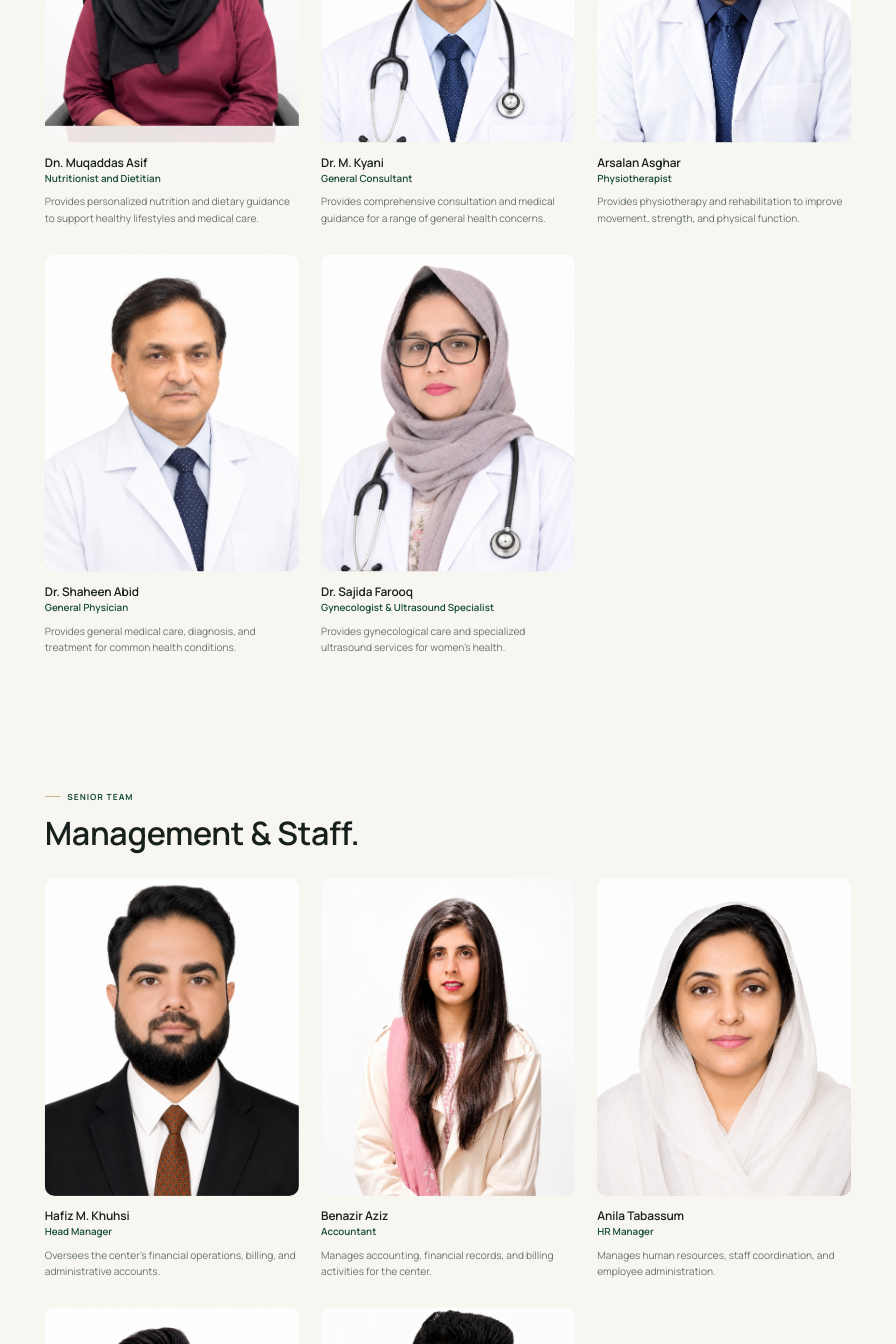
Repository: mraeesaziz45/al-farah
Page: team.html
An editor plug-in stored every save of this project. The page is shown before and after the next save, followed by the edit.
The browser window is 1280 px wide. The pictures show the part of the page from y = 2448 to 4368 px (the page is 5874 px tall before and 5906 px after), at 70% of full size.

Above is the page before, as saved 2026-09-28 17:59:12.

### team.html
<!DOCTYPE html>
<html lang="en">
<head>
<meta charset="UTF-8">
<meta name="viewport" content="width=device-width, initial-scale=1.0">
<title>Team — Al-Farah Medical Center</title>
<meta name="description" content="Meet the physicians and staff of Al-Farah Medical Center, led by our Founder and Director.">
<meta property="og:title" content="Team — Al-Farah Medical Center">
<meta property="og:description" content="The people behind the care.">
<meta property="og:type" content="website">
<link rel="preconnect" href="https://fonts.googleapis.com">
<link rel="preconnect" href="https://fonts.gstatic.com" crossorigin>
<link href="https://fonts.googleapis.com/css2?family=Manrope:wght@400;500;600;700&family=DM+Serif+Display:ital@0;1&display=swap" rel="stylesheet">
<link rel="stylesheet" href="css/style.css">
</head>
<body>
<a href="#main" class="skip-link">Skip to content</a>

<header class="site-header">
  <div class="container header-inner">
    <a href="index.html" class="logo-link">
      <img src="assets/logo/logo-placeholder.svg" alt="Al-Farah Medical Center" width="180" height="52">
    </a>
    <nav class="main-nav" aria-label="Primary">
      <a href="index.html">Home</a>
      <a href="services.html">Services</a>
      <a href="team.html" aria-current="page">Team</a>
      <a href="about.html">About</a>
      <a href="contact.html">Contact</a>
    </nav>
    <div class="header-actions">
      <a href="contact.html" class="btn btn-primary header-cta-desktop">Book an Appointment</a>
      <button class="menu-toggle" aria-expanded="false" aria-controls="mobileMenu" aria-label="Open menu">
        <span class="bar"></span>
      </button>
    </div>
  </div>
</header>

<div class="mobile-menu" id="mobileMenu">
  <div class="mobile-menu-top">
    <img src="assets/logo/logo-placeholder.svg" alt="Al-Farah Medical Center" width="150" height="44">
    <button class="mobile-menu-close" aria-label="Close menu">
      <svg viewBox="0 0 24 24" fill="none" stroke="currentColor" stroke-width="1.6"><line x1="5" y1="5" x2="19" y2="19"/><line x1="19" y1="5" x2="5" y2="19"/></svg>
    </button>
  </div>
  <nav class="mobile-nav" aria-label="Mobile">
    <a href="index.html">Home</a>
    <a href="services.html">Services</a>
    <a href="team.html" aria-current="page">Team</a>
    <a href="about.html">About</a>
    <a href="contact.html">Contact</a>
  </nav>
  <div class="mobile-menu-cta">
    <a href="contact.html" class="btn btn-primary">Book an Appointment</a>
  </div>
</div>

<main id="main">

  <section class="page-hero dark bg-forest-deep">
    <div class="container">
      <p class="eyebrow" data-reveal>Our People</p>
      <h1 class="page-heading h1" data-reveal>The people behind the care.</h1>
      <p class="body-lg" data-reveal>Al-Farah is led by a small team of physicians and support staff who work together across consultation, diagnostics, and follow-up.</p>
    </div>
  </section>

  <section class="bg-white">
    <div class="container">
      <div class="team-feature">
        <div class="team-feature-media" data-reveal>
          <img src="assets/images/team/director-2.png" alt="Portrait of the Director, placeholder photograph" width="1200" height="1600" loading="lazy" decoding="async">
        </div>
        <div class="team-feature-content" data-reveal>
          <p class="eyebrow">Leadership</p>
          <h2 class="h2">M. Raees Aziz</h2>
          <span class="team-feature-role">Founder &amp; Director</span>
          <p>Mr. M. Raees Aziz founded Al-Farah Medical Center in 2020 with a simple vision, to create a place where patients receive not only consultation and diagnosis, but also clear guidance and genuine care.</p>
          <p>Since 2012, I have been working alongside senior orthopedic surgeons as a surgical assistant, gaining 14 years of practical experience in orthopedic surgical procedures, patient care, and clinical teamwork. This experience has shaped my understanding of the importance of precision, responsibility, and putting the patient first.</p>
          <p>At Al-Farah Medical Center, our aim is simple — to listen carefully, provide the right guidance, and ensure that every patient leaves with greater clarity about their health and the next step in their care.</p>
        </div>
      </div>
    </div>
  </section>

  <section class="bg-cream">
    <div class="container">
      <div class="section-head team-section-label" data-reveal>
        <p class="eyebrow">Our Doctors</p>
        <h2 class="h2">Consultants and Surgeons.</h2>
      </div>
      <div class="team-grid" data-reveal-group>
        <div class="team-card" data-reveal>
          <div class="team-card-media">
            <img src="assets/images/team/dr-raza-elahi.png" alt="Portrait placeholder for the clinic accountant" width="1000" height="1250" loading="lazy" decoding="async">
          </div>
          <h3 class="h4">Dr. Raza Elahi</h3>
          <span class="role">MBBS, MCPS, FCPS</span>
          <span class="role">Senior Orthopedic Surgeon</span>
          <p class="bio">Provides expert orthopedic care for bone, joint, and musculoskeletal conditions.</p>
        </div>
        <div class="team-card" data-reveal>
          <div class="team-card-media">
            <img src="assets/images/team/arsalan-ghori.png" alt="Portrait placeholder for a radiologist" width="1000" height="1250" loading="lazy" decoding="async">
          </div>
          <h3 class="h4">Dr. Arsalan Ghouri</h3>
          <span class="role">MBBS, MS</span>
          <span class="role">Orthopedic Surgeon</span>
          <p class="bio">Diagnoses and treats orthopedic conditions, injuries, and musculoskeletal disorders.</p>
        </div>
        <div class="team-card" data-reveal>
          <div class="team-card-media">
            <img src="assets/images/team/dr-aslam.png" alt="Portrait placeholder for a radiologist" width="1000" height="1250" loading="lazy" decoding="async">
          </div>
          <h3 class="h4">Dr. M. Aslam</h3>
          <span class="role">MBBS, MCPS</span>
          <span class="role">General Surgeon</span>
          <p class="bio">Performs surgical evaluation and treatment for a range of general surgical conditions.</p>
        </div>
        <div class="team-card" data-reveal>
          <div class="team-card-media">
            <img src="assets/images/team/muqaddas-asif.png" alt="Portrait placeholder for a radiologist" width="1000" height="1250" loading="lazy" decoding="async">
          </div>
          <h3 class="h4">Dn. Muqaddas Asif</h3>
          <span class="role">Nutritionist and Dietitian</span>
          <p class="bio">Provides personalized nutrition and dietary guidance to support healthy lifestyles and medical care.</p>
        </div>
        <div class="team-card" data-reveal>
          <div class="team-card-media">
            <img src="assets/images/team/dr-kyani.png" alt="Portrait placeholder for a radiologist" width="1000" height="1250" loading="lazy" decoding="async">
          </div>
          <h3 class="h4">Dr. M. Kyani</h3>
          <span class="role">General Consultant</span>
          <p class="bio">Provides comprehensive consultation and medical guidance for a range of general health concerns.</p>
        </div>
        <div class="team-card" data-reveal>
          <div class="team-card-media">
            <img src="assets/images/team/arsalan.png" alt="Portrait placeholder for a radiologist" width="1000" height="1250" loading="lazy" decoding="async">
          </div>
          <h3 class="h4">Arsalan Asghar</h3>
          <span class="role">Physiotherapist</span>
          <p class="bio">Provides physiotherapy and rehabilitation to improve movement, strength, and physical function.</p>
        </div>
        <div class="team-card" data-reveal>
          <div class="team-card-media">
            <img src="assets/images/team/dr-shaheen-abid.png" alt="Portrait placeholder for a radiologist" width="1000" height="1250" loading="lazy" decoding="async">
          </div>
          <h3 class="h4">Dr. Shaheen Abid</h3>
          <span class="role">General Physician</span>
          <p class="bio">Provides general medical care, diagnosis, and treatment for common health conditions.</p>
        </div>
        <div class="team-card" data-reveal>
          <div class="team-card-media">
            <img src="assets/images/team/dr-sajida.png" alt="Portrait placeholder for a radiologist" width="1000" height="1250" loading="lazy" decoding="async">
          </div>
          <h3 class="h4">Dr. Sajida Farooq</h3>
          <span class="role">Gynecologist &amp; Ultrasound Specialist</span>
          <p class="bio">Provides gynecological care and specialized ultrasound services for women’s health.</p>
        </div>

      </div>
    </div>
  </section>

  <section class="bg-cream">
    <div class="container">
      <div class="section-head team-section-label" data-reveal>
        <p class="eyebrow">Senior Team</p>
        <h2 class="h2">Management & Staff.</h2>
      </div>
      <div class="team-grid" data-reveal-group>
        <div class="team-card" data-reveal>
          <div class="team-card-media">
            <img src="assets/images/team/hafiz-khushi.png" alt="Portrait placeholder for the clinic accountant" width="1000" height="1250" loading="lazy" decoding="async">
          </div>
          <h3 class="h4">Hafiz M. Khuhsi</h3>
          <span class="role">Head Manager</span>
          <p class="bio">Oversees the center’s financial operations, billing, and administrative accounts.</p>
        </div>
        <div class="team-card" data-reveal>
          <div class="team-card-media">
            <img src="assets/images/team/benazir.png" alt="Portrait placeholder for a radiologist" width="1000" height="1250" loading="lazy" decoding="async">
          </div>
          <h3 class="h4">Benazir Aziz</h3>
          <span class="role">Accountant</span>
          <p class="bio">Manages accounting, financial records, and billing activities for the center.</p>
        </div>
        <div class="team-card" data-reveal>
          <div class="team-card-media">
            <img src="assets/images/team/aneela-tabassum.png" alt="Portrait placeholder for a radiologist" width="1000" height="1250" loading="lazy" decoding="async">
          </div>
          <h3 class="h4">Anila Tabassum</h3>
          <span class="role">HR Manager</span>
          <p class="bio">Manages human resources, staff coordination, and employee administration.</p>
        </div>
        <div class="team-card" data-reveal>
          <div class="team-card-media">
            <img src="assets/images/team/abdul-isalm.png" alt="Portrait placeholder for a radiologist" width="1000" height="1250" loading="lazy" decoding="async">
          </div>
          <h3 class="h4">Abdul Islam</h3>
          <span class="role">Marketing Executive</span>
          <p class="bio">Promotes the center’s healthcare services and manages marketing activities.</p>
        </div>
        <div class="team-card" data-reveal>
          <div class="team-card-media">
            <img src="assets/images/team/sarfaraz-ahmad.png" alt="Portrait placeholder for a radiologist" width="1000" height="1250" loading="lazy" decoding="async">
          </div>
          <h3 class="h4">M. Sarfaraz Ahmad</h3>
          <span class="role">Marketing Manager</span>
          <p class="bio">Develops marketing strategies and builds relationships to promote the center’s services.</p>
        </div>
      </div>
    </div>
  </section>

  <section class="cta-band bg-forest">
    <div class="container">
      <h2 class="h2" data-reveal>When your health matters, every detail matters.</h2>
      <p class="body-lg" data-reveal>Arrange a consultation with a member of the Al-Farah team.</p>
      <div class="cta-row" data-reveal>
        <a href="contact.html" class="btn btn-primary">Book an Appointment</a>
      </div>
    </div>
  </section>

</main>

<footer class="site-footer">
  <div class="container footer-grid">
    <div>
      <img src="assets/logo/logo-placeholder-light.svg" alt="Al-Farah Medical Center" class="footer-logo" width="170" height="50">
      <p class="footer-about">Al-Farah Medical Center provides trusted medical care with an emphasis on expertise, dignity, and patient-centered service.</p>
    </div>
    <div class="footer-col">
      <p class="footer-col-title">Navigation</p>
      <ul>
        <li><a href="index.html">Home</a></li>
        <li><a href="services.html">Services</a></li>
        <li><a href="team.html">Team</a></li>
        <li><a href="about.html">About</a></li>
        <li><a href="contact.html">Contact</a></li>
      </ul>
    </div>
    <div class="footer-col">
      <p class="footer-col-title">Services</p>
      <ul>
        <li><a href="services.html#radiology">Radiology</a></li>
        <li><a href="services.html#consultation">Consultation</a></li>
        <li><a href="services.html#laboratory">Diagnostics</a></li>
        <li><a href="services.html#specialist">Specialist Care</a></li>
      </ul>
    </div>
    <div class="footer-col">
      <p class="footer-col-title">Contact</p>
      <ul>
        <li>[Clinic Address Placeholder]</li>
        <li>[Phone Number Placeholder]</li>
        <li>[Email Address Placeholder]</li>
        <li>[Opening Hours Placeholder]</li>
      </ul>
    </div>
  </div>
  <div class="container footer-bottom">
    <p>&copy; 2026 Al-Farah Medical Center</p>
    <div class="footer-legal">
      <a href="#">Privacy Policy</a>
      <a href="#">Terms</a>
    </div>
  </div>
</footer>

<script src="js/main.js"></script>
</body>
</html>

Loaded but not shown: js/main.js (276 lines, source omitted); css/style.css (1057 lines, source omitted)

After the next save:
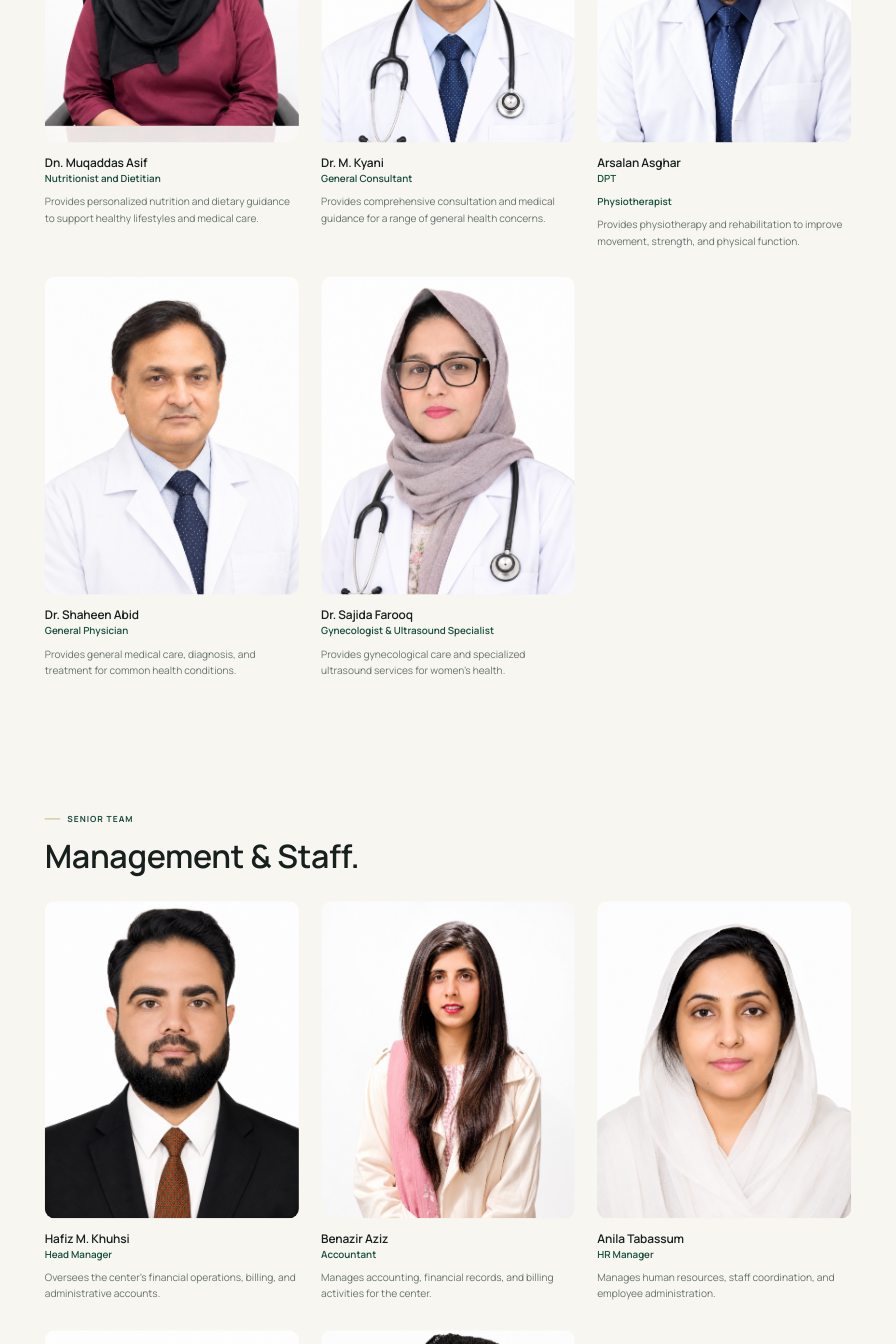
Saved 66 s later.
--- a/team.html
+++ b/team.html
@@ -139,6 +139,7 @@
             <img src="assets/images/team/arsalan.png" alt="Portrait placeholder for a radiologist" width="1000" height="1250" loading="lazy" decoding="async">
           </div>
           <h3 class="h4">Arsalan Asghar</h3>
+          <span class="role">DPT</span>
           <span class="role">Physiotherapist</span>
           <p class="bio">Provides physiotherapy and rehabilitation to improve movement, strength, and physical function.</p>
         </div>
